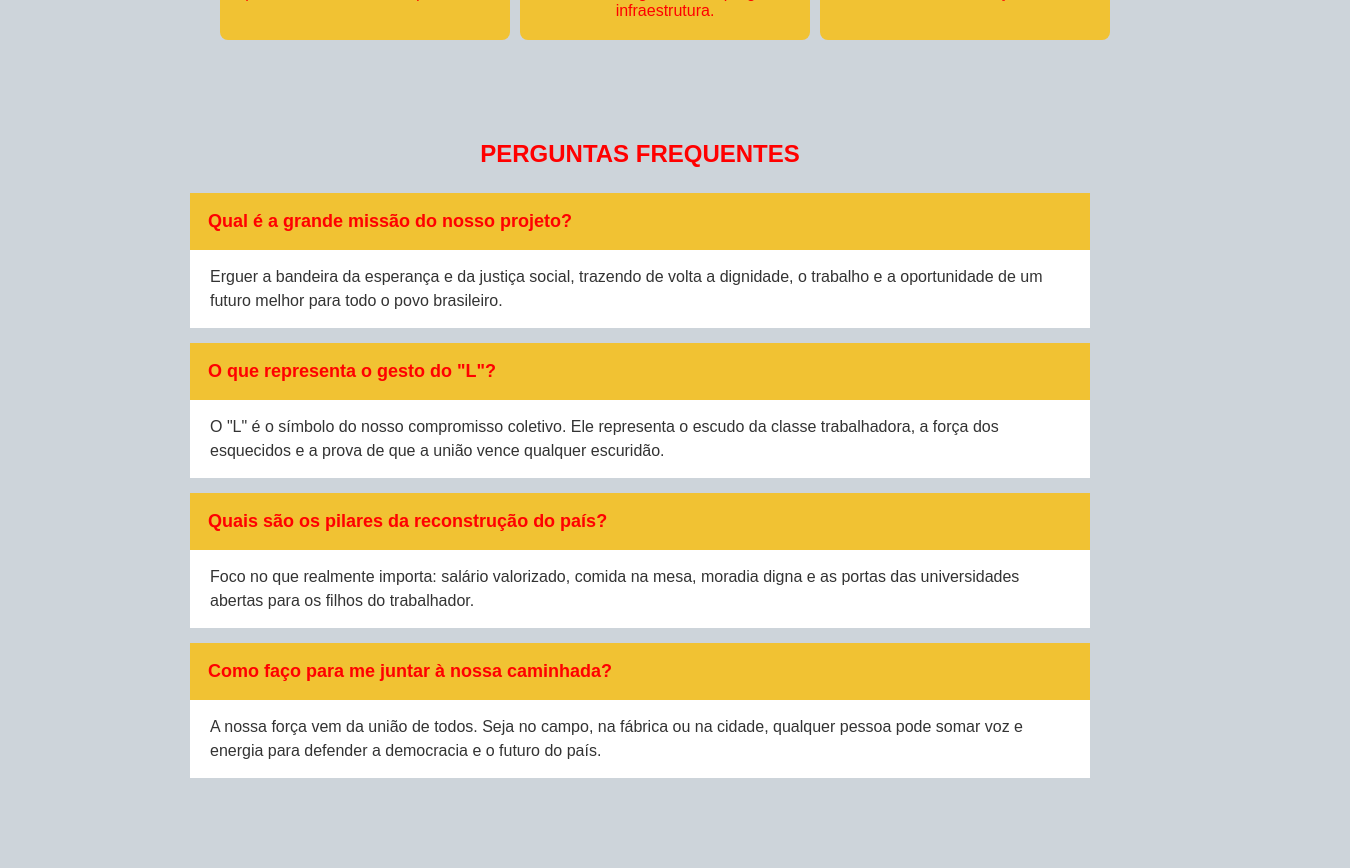
Repository: antonymsantana-design/second.revision
Page: html/html.html
These files come from the project's save history. The page is drawn as it stood at one moment and after the next save; the edit follows.
The browser window is 1280 px wide. The page is 1350 px wide, so the pictures cover 1350 px, including what lies to the right of the window. The pictures show the part of the page from y = 2024 to 2892 px (the page is 3019 px tall before and 2707 px after).

Above is the page before, as saved 2026-09-05 13:49:29.

After the next save:
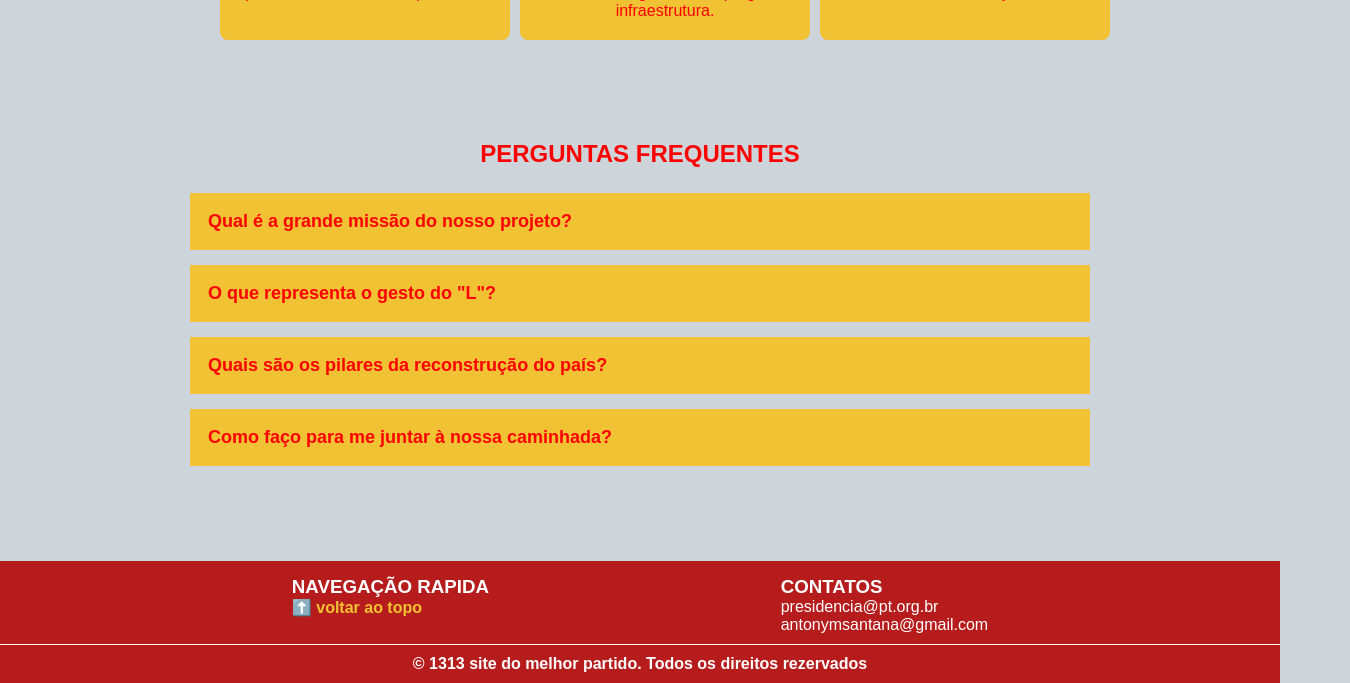
Saved 18 s later.
--- a/css/css.css
+++ b/css/css.css
@@ -419,7 +419,7 @@
     line-height: 1.5;
 }
 
-.crd-item.ativo, .crd-resposta {
+.crd-item.ativo, .crd-resposta.ativo {
     display: flex;
     max-height: 200px;
 }
